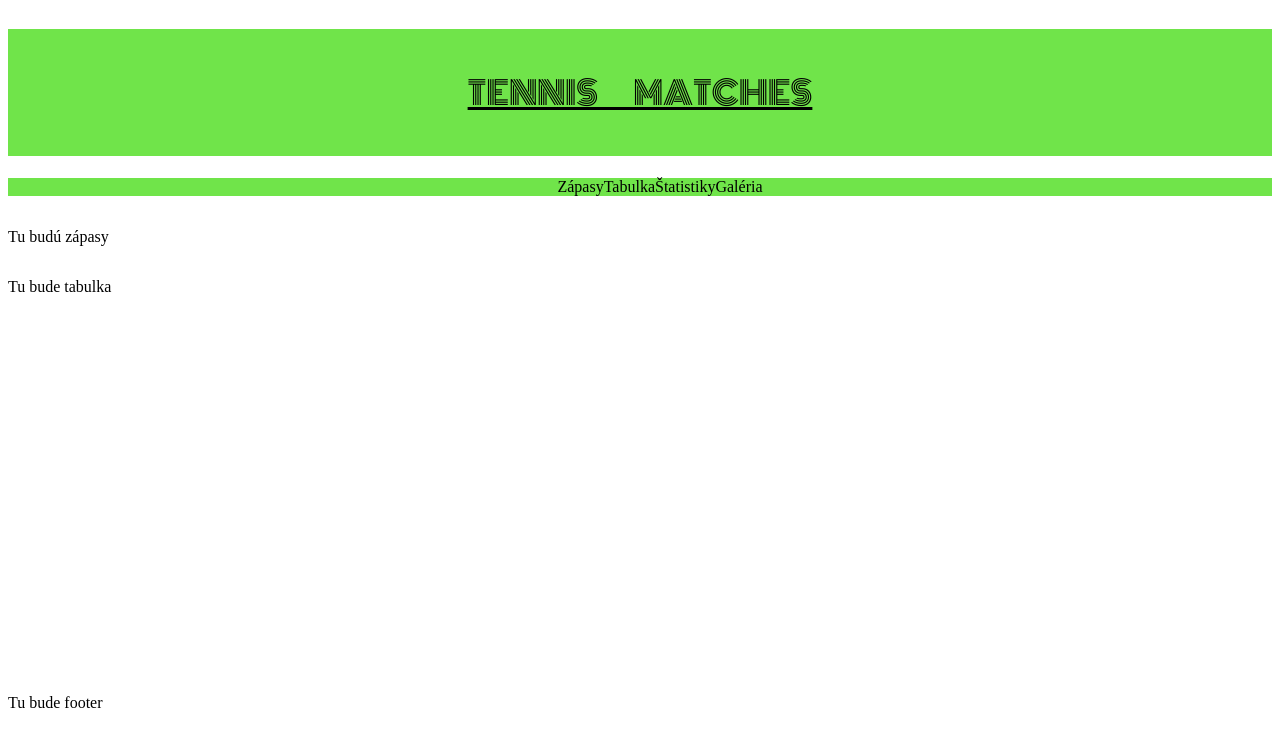
Repository: Badynko/tenis-app
Page: /
An editor plug-in stored every save of this project. The page is shown before and after the next save, followed by the edit.
The browser window is 1280 px wide. The pictures show the whole page.
The project was rebuilt for these pictures with package versions that can differ from the ones it lists, and the page was loaded fresh each time.

Above is the page before, as saved 2024-07-10 15:33:52.

### src/index.css
@import url("https://fonts.googleapis.com/css2?family=Monoton&family=Quicksand:wght@500;700&display=swap");

html {
  margin: 0;
  padding: 0;
  box-sizing: border-box;
}

.app {
  width: 100%;
  height: 100vh;
  display: grid;
  grid-template-rows: auto auto 1fr auto;
}

h1 {
  text-decoration: underline;
  word-spacing: 2rem;
  text-align: center;
  background-color: #70e44a;
  font-family: "Monoton";
  font-size: 2rem;
  text-transform: uppercase;
  font-weight: 400;
  padding: 2.4rem 0;
}

.menu {
  text-decoration: none;
  text-align: center;
  background-color: #70e44a;
  font-size: 1rem;
  font-weight: 400;
}

li {
  list-style-type: none;

  display: inline-block;
}

### src/App.js
export default function App() {
  return (
    <div className="app">
      <Header />
      <Matches />
      <Table />
      <Stats />
    </div>
  );
}

function Header() {
  return (
    <div className="header">
      <h1>Tennis Matches</h1>
      <nav>
        <ul className="menu">
          <li>Zápasy</li>
          <li>Tabulka</li>
          <li>Štatistiky</li>
          <li>Galéria</li>
        </ul>
      </nav>
    </div>
  );
}

function Matches() {
  return (
    <div>
      <p>Tu budú zápasy</p>
    </div>
  );
}

function Table() {
  return (
    <div>
      <p>Tu bude tabulka</p>
    </div>
  );
}

function Stats() {
  return (
    <footer className="stats">
      <p>Tu bude footer</p>
    </footer>
  );
}

Loaded but not shown: public/index.html (common file); src/index.js (common file)

After the next save:
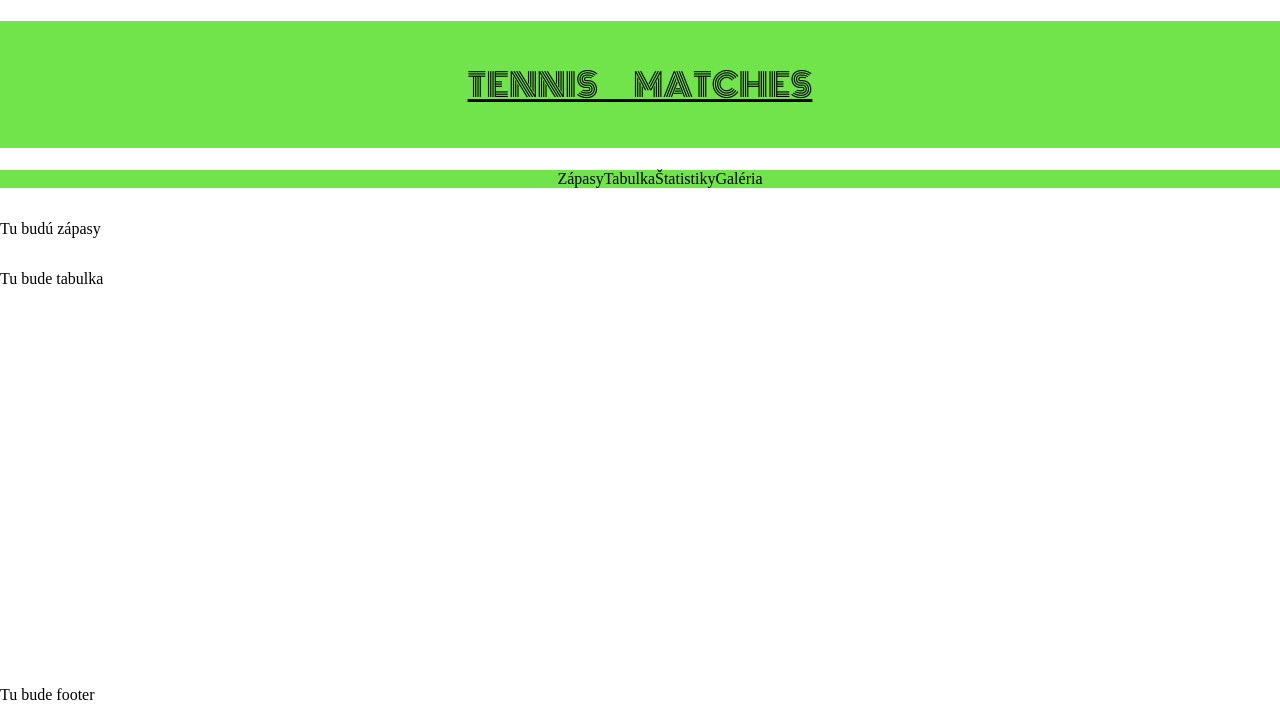
Saved 6 s later.
--- a/src/index.css
+++ b/src/index.css
@@ -1,6 +1,6 @@
 @import url("https://fonts.googleapis.com/css2?family=Monoton&family=Quicksand:wght@500;700&display=swap");
 
-html {
+body {
   margin: 0;
   padding: 0;
   box-sizing: border-box;
